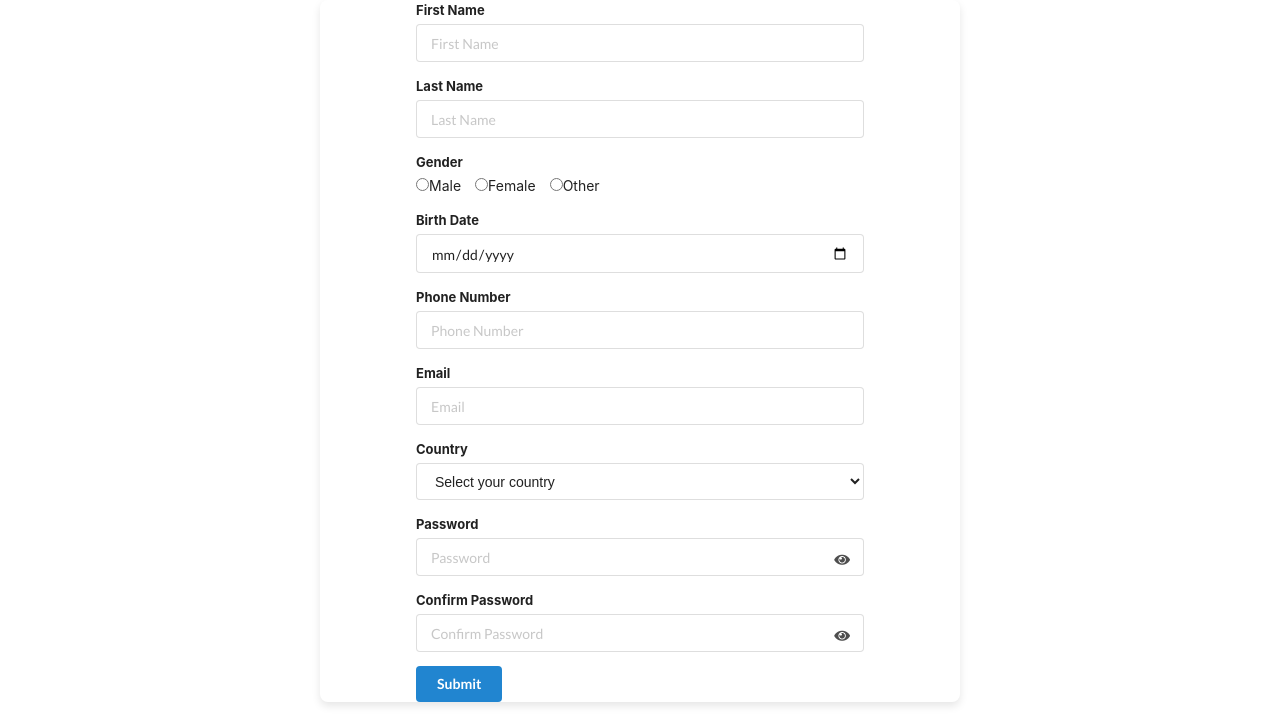
Repository: Wahid137/registration-form
Page: /
These files come from the project's save history. The page is drawn as it stood at one moment and after a run of saves; the edit follows.
The browser window is 1280 px wide. The pictures show the whole page.
The project was rebuilt for these pictures with package versions that can differ from the ones it lists, and the page was loaded fresh each time. Also part of the build but not shown: src/App.css.

Above is the page before, as saved 2024-05-01 14:33:05.

After the next 2 saves:
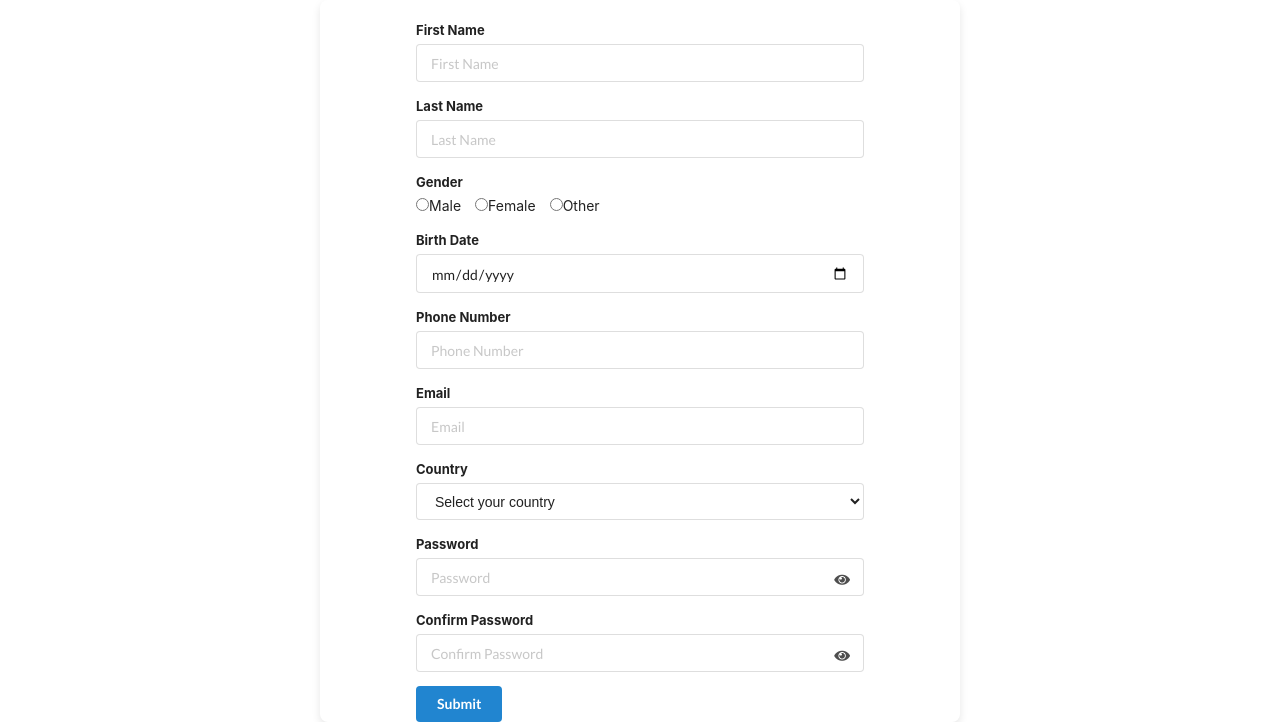
The 2 saves are shown as one change because they came seconds apart.
The last was saved 27 s later.
--- a/src/components/Register.js
+++ b/src/components/Register.js
@@ -114,6 +114,7 @@ const Register = () => {
     return (
         <Container
             style={{
+                paddingTop: "20px",
                 display: "flex",
                 width: "50%",
                 justifyContent: "center",
